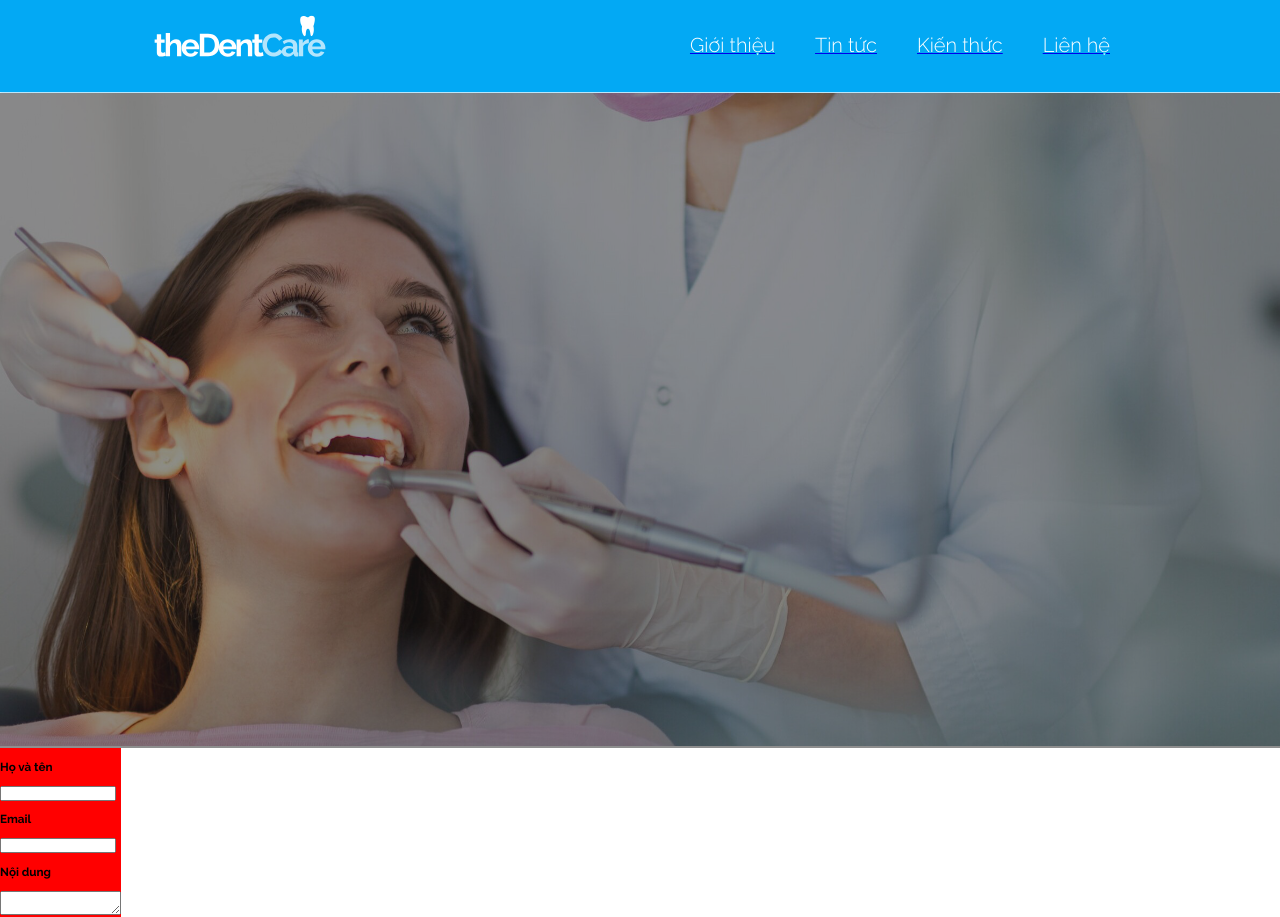
Repository: vantoan19/theDentCare
Page: /contact (app in theDentalCare/the-dental-care/)
An editor plug-in stored every save of this project. The page is shown before and after the next save, followed by the edit.
The browser window is 1280 px wide. The pictures show the whole page.
The project was rebuilt for these pictures with package versions that can differ from the ones it lists, and the page was loaded fresh each time. The framework's server and built-in components were replaced by stand-ins that run in the browser.

Above is the page before, as saved 2022-09-23 13:51:51.

### theDentalCare/the-dental-care/pages/_app.js
import { createGlobalStyle } from "styled-components";

const GlobalStyle = createGlobalStyle`
    html,
    body, input, textarea, button {
        padding: 0;
        margin: 0;
        font-family: Raleway;
        font-size: 10px;
    }
    html,
    body {
      height: 100%;
    }

    * {
        box-sizing: border-box;
    }
`;

function MyApp({ Component, pageProps }) {
  return (
    <>
      <GlobalStyle />
      <Component {...pageProps} />
    </>
  );
}

export default MyApp

### theDentalCare/the-dental-care/pages/_document.js
// pages/_document.js

import { Html, Head, Main, NextScript } from 'next/document'

export default function Document() {
  return (
    <Html>
      <Head>
        <link
          href="https://fonts.googleapis.com/css2?family=Raleway:ital,wght@0,100;0,200;0,300;0,400;0,500;0,600;0,700;0,800;0,900;1,100;1,200;1,300;1,400;1,500;1,600;1,700;1,800;1,900&display=swap"
          rel="stylesheet"
        />
      </Head>
      <body>
        <Main />
        <NextScript />
      </body>
    </Html>
  )
}

### theDentalCare/the-dental-care/pages/contact/index.js
import { Fragment } from "react";
import styled from "styled-components";
import NavBar from "../../components/NavBar/NavBar";
import BackgroundImage from "../../components/BackgroundImage/BackgroundImage";

const ContactFormTextInput = styled.input``;

const ContactFormTextArea = styled.textarea``;

const ContactFormTitle = styled.h3``;

const ContactForm = styled.form`
  background-color: red;
`;

const ContactInfoTitle = styled.h3``;

const ContactInfoDesc = styled.p``;

const ContactInfoDetails = styled.p``;

const ContactInfoWrapper = styled.div``;

const Flex = styled.div`
  display: flex;
`;

const ContactContainer = styled.div``;

export default function Contact() {
  return (
    <Fragment>
      <NavBar />
      <ContactContainer>
        <BackgroundImage
          src="/contact_image.jpeg"
          alt="contact background image"
          isMasked={true}
        />
        <Flex>
          <ContactForm>
            <ContactFormTitle>Họ và tên</ContactFormTitle>
            <ContactFormTextInput />
            <ContactFormTitle>Email</ContactFormTitle>
            <ContactFormTextInput />
            <ContactFormTitle>Nội dung</ContactFormTitle>
            <ContactFormTextArea />
          </ContactForm>
        </Flex>
      </ContactContainer>
    </Fragment>
  );
}

### theDentalCare/the-dental-care/components/NavBar/NavBar.jsx
import React from 'react'
import Link from 'next/link'
import styled from 'styled-components'
import Logo from './Logo/Logo'
import NavItem from './NavItem/NavItem'

const LogoContainer = styled.div`
  margin: 0 150px;
`

const NavItemsGroup = styled.div`
  display: flex;
  height: 90px;
  align-items: center;
  margin: 0 150px;
`

const StyledAnchor = styled.a`
  text-decoration: none;
`

const NavContainer = styled.nav`
  background-color: #03A9F4;
  display: flex;
  flex-direction: row;
  justify-content: space-between;
  box-shadow: 0px 2px 4px 1px #B3E5FC;
  margin-bottom: 1px;
`

const NavBar = () => {
  return (
    <NavContainer>
      <LogoContainer>
        <Link href='/'>
          <StyledAnchor>
            <Logo/>
          </StyledAnchor>
        </Link>
      </LogoContainer>
      <NavItemsGroup>
        <Link href='/about'>
          <StyledAnchor>
            <NavItem>Giới thiệu</NavItem>
          </StyledAnchor>
        </Link>
        <Link href='/news'>
          <StyledAnchor>
            <NavItem>Tin tức</NavItem>
          </StyledAnchor>
        </Link>
        <Link href='/knowledge'>
          <StyledAnchor>
            <NavItem>Kiến thức</NavItem>
          </StyledAnchor>
        </Link>
        <Link href='/contact'>
          <StyledAnchor>
            <NavItem>Liên hệ</NavItem>
          </StyledAnchor>
        </Link>
      </NavItemsGroup>
    </NavContainer>
  )
}

export default NavBar

### theDentalCare/the-dental-care/components/BackgroundImage/BackgroundImage.jsx
import React from "react";
import styled from "styled-components";

const StyledImage = styled.img`
  width: 100%;
  height: 100%;
`;

const GreyMask = styled.div`
  background-color: rgba(30, 30, 30, 0.5);
  width: 100%;
  height: 100%;
  z-index: 2;
  position: absolute;
  top: 0;
  left: 0;
`;

const BackgroundContainer = styled.div`
  width: 100%;
  height: 100%;
  position: relative;
`;

const BackgroundImage = (props) => {
  return (
    <BackgroundContainer>
      <StyledImage src={props.src} alt={props.alt} />
      {props.isMasked && <GreyMask />}
    </BackgroundContainer>
  );
};

export default BackgroundImage;

### theDentalCare/the-dental-care/components/NavBar/Logo/Logo.jsx
import React from 'react'
import styled from 'styled-components'


const StyledLogo = styled.img`
  width: 180px;
  cursor: pointer;
`

const Logo = () => {
  return (
    <StyledLogo src='/theDentCare.svg'/>
  )
}

export default Logo

### theDentalCare/the-dental-care/components/NavBar/NavItem/NavItem.jsx
import React from 'react'
import styled from 'styled-components'

const StyledSpan = styled.span`
    cursor: pointer;
    margin: 0px 20px;
    font-size: 2rem;
    font-weight: 300;
    color: #fff;
`

const NavItem = (props) => {
    return (
      <StyledSpan>{props.children}</StyledSpan>
    )
}

export default NavItem

After the next save:
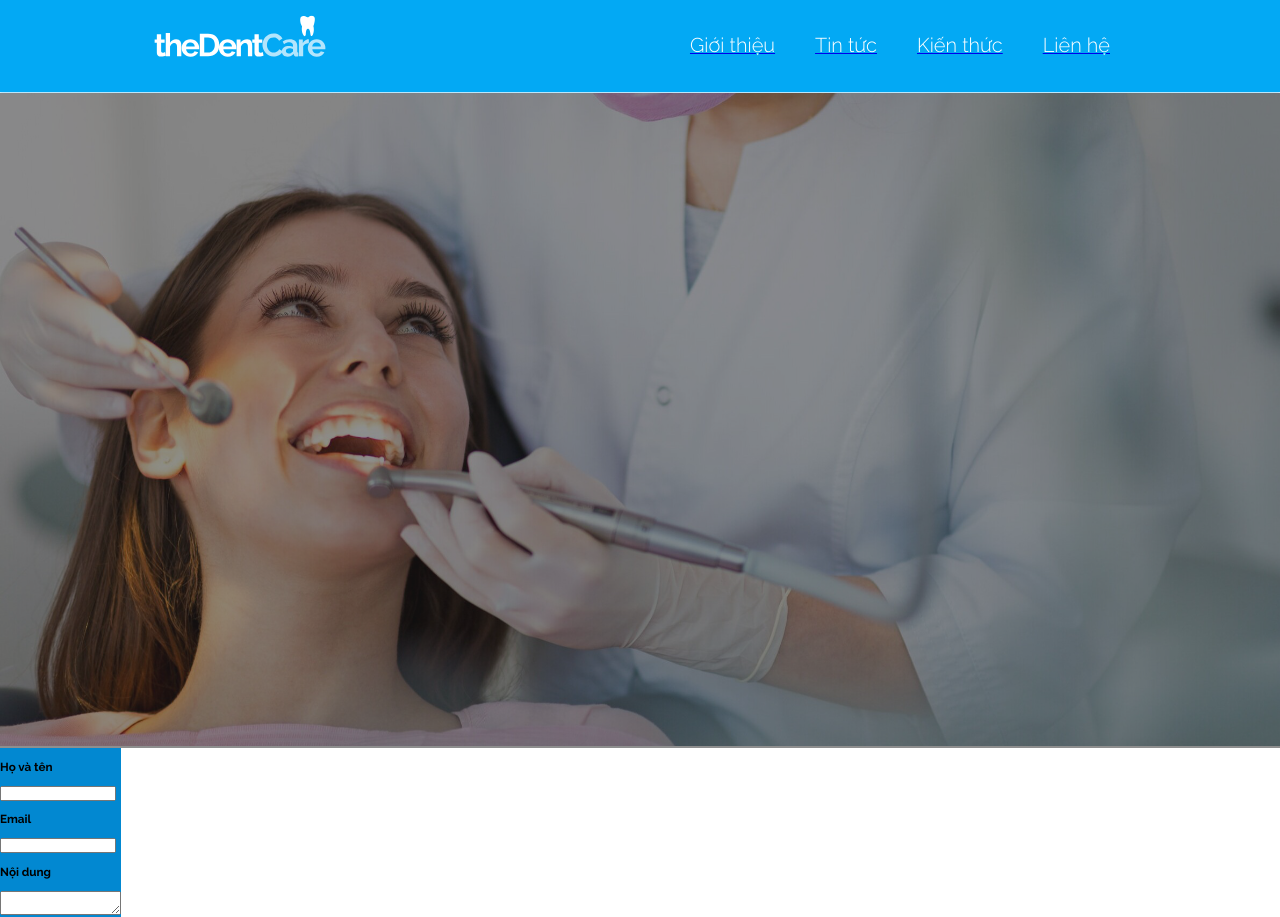
Saved 32 s later.
--- a/theDentalCare/the-dental-care/pages/contact/index.js
+++ b/theDentalCare/the-dental-care/pages/contact/index.js
@@ -10,7 +10,7 @@ const ContactFormTextArea = styled.textarea``;
 const ContactFormTitle = styled.h3``;
 
 const ContactForm = styled.form`
-  background-color: red;
+  background-color: rgba(2, 136, 209, 1);
 `;
 
 const ContactInfoTitle = styled.h3``;
